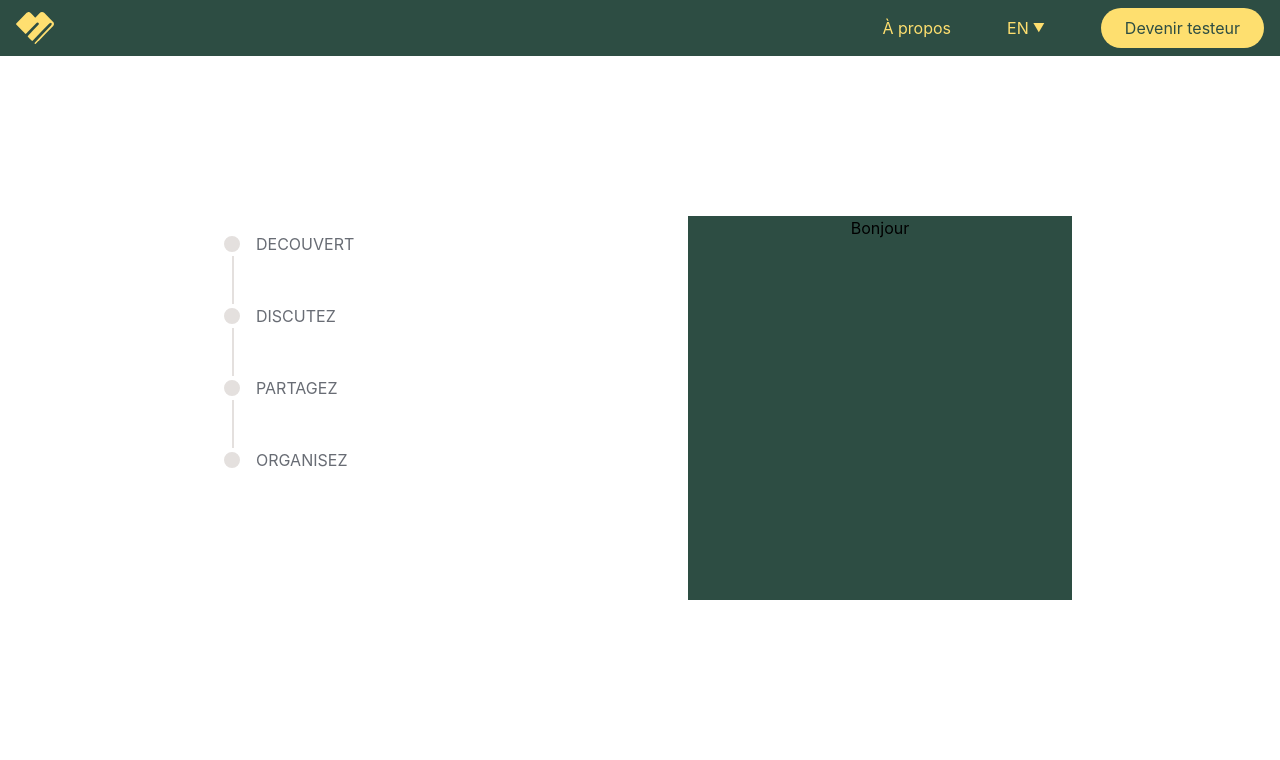
Repository: enas-elm/bookish-landing
Page: /
The author's editor kept a copy of each file at every save. The page is drawn from the files as they stood at one save, then again after a run of saves.
The browser window is 1280 px wide. The pictures show the whole page.
The project was rebuilt for these pictures with package versions that can differ from the ones it lists, and the page was loaded fresh each time.

Above is the page before, as saved 2024-09-11 16:55:03.

After the next 2 saves:
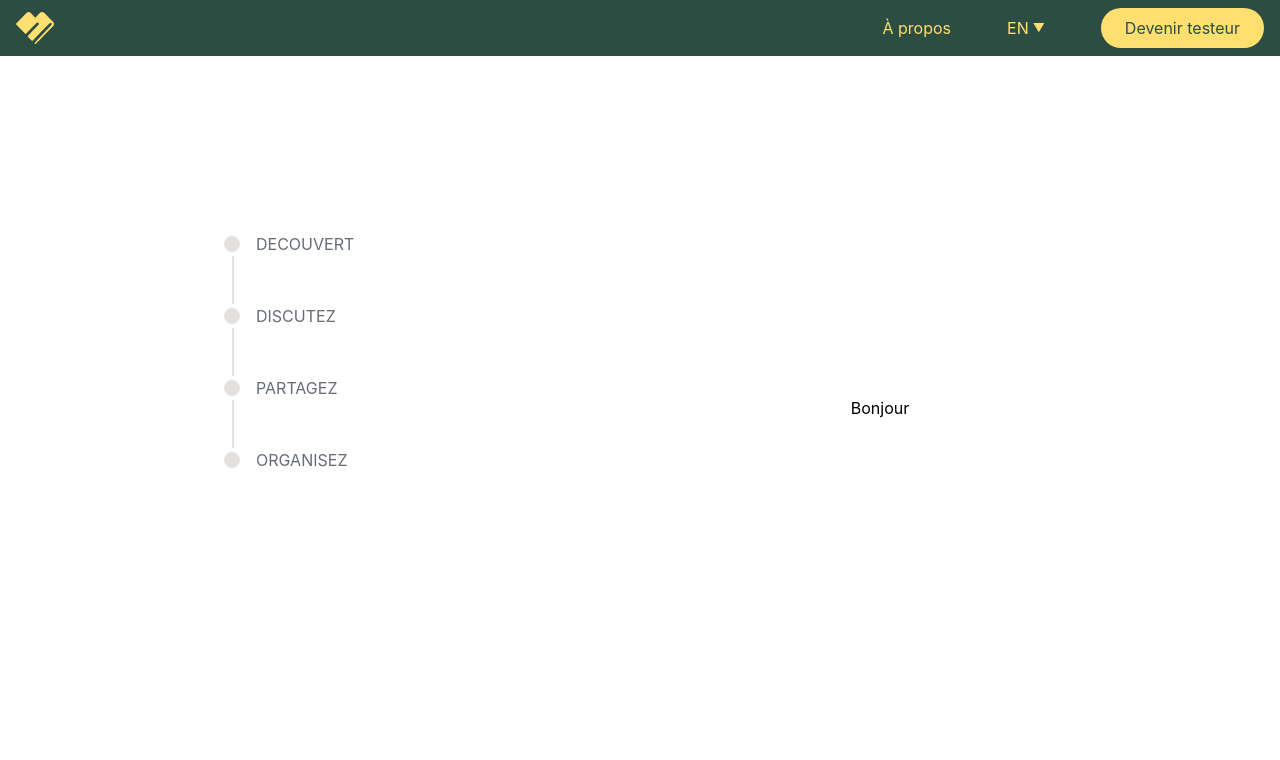
The 2 saves are shown as one change because 1 did not build or start.
The last was saved 16 h 37 min later.
--- a/src/components/TimeLine.js
+++ b/src/components/TimeLine.js
@@ -1,39 +1,66 @@
 import React, { useState } from "react";
 
 const menuItems = [
-  { id: 1, label: "DECOUVERT" },
-  { id: 2, label: "DISCUTEZ" },
-  { id: 3, label: "PARTAGEZ" },
-  { id: 4, label: "ORGANISEZ" },
+  {
+    id: 1,
+    label: "DECOUVERT",
+    description: "Explorez notre plateforme.",
+    color: "#FF6347", // rouge tomate
+    imageUrl: "https://via.placeholder.com/150",
+  },
+  {
+    id: 2,
+    label: "DISCUTEZ",
+    description: "Discutez avec d'autres utilisateurs.",
+    color: "#4682B4", // bleu acier
+    imageUrl: "https://via.placeholder.com/150/4682B4",
+  },
+  {
+    id: 3,
+    label: "PARTAGEZ",
+    description: "Partagez vos expériences.",
+    color: "#32CD32", // vert lime
+    imageUrl: "https://via.placeholder.com/150/32CD32",
+  },
+  {
+    id: 4,
+    label: "ORGANISEZ",
+    description: "Organisez vos événements.",
+    color: "#FFD700", // or
+    imageUrl: "https://via.placeholder.com/150/FFD700",
+  },
 ];
 
 function TimelineMenu() {
   const [selectedItem, setSelectedItem] = useState(null);
 
-  const handleClick = (id) => {
-    setSelectedItem(id);
+  const handleClick = (item) => {
+    setSelectedItem(item);
   };
 
   return (
     <div className="p-40 lg:flex lg:flex-row lg:justify-around lg:items-center">
+      {/* Menu Items */}
       <div className="w-96 h-96 flex flex-col items-start p-4">
         {menuItems.map((item, index) => (
           <div key={item.id} className="flex flex-col items-start">
             {/* Timeline Item */}
             <div
-              onClick={() => handleClick(item.id)}
+              onClick={() => handleClick(item)}
               className={`flex items-center cursor-pointer transition-colors mb-4 ${
-                selectedItem === item.id ? "text-green " : "text-gray-700"
+                selectedItem?.id === item.id ? "text-green " : "text-gray-700"
               }`}
             >
               <div
                 className={`w-4 h-4 rounded-full border-2 mr-4 transition-colors ${
-                  selectedItem === item.id ? "bg-green" : "bg-gris border-gris"
+                  selectedItem?.id === item.id
+                    ? "bg-green"
+                    : "bg-gris border-gris"
                 }`}
               ></div>
               <span
                 className={`transition-transform duration-300 text-3xl ${
-                  selectedItem === item.id
+                  selectedItem?.id === item.id
                     ? "text-5xl font-bold "
                     : "text-base text-noirClair text-4xl"
                 }`}
@@ -45,7 +72,7 @@ function TimelineMenu() {
             {index < menuItems.length - 1 && (
               <div
                 className={`h-12 bg-gris -mt-4 border-gris border-l-2 ml-2 transition-colors ${
-                  selectedItem === item.id
+                  selectedItem?.id === item.id
                     ? "border-blue-500"
                     : "border-gray-400"
                 }`}
@@ -54,8 +81,26 @@ function TimelineMenu() {
           </div>
         ))}
       </div>
-      <div className="w-96 h-96 bg-green">
-        <p>Bonjour</p>
+
+      {/* Details Section */}
+      <div
+        className="w-96 h-96 flex flex-col justify-center items-center p-4"
+        style={{
+          backgroundColor: selectedItem ? selectedItem.color : "#ffffff",
+        }}
+      >
+        {selectedItem ? (
+          <>
+            <p className="text-xl font-bold">{selectedItem.description}</p>
+            <img
+              src={selectedItem.imageUrl}
+              alt={selectedItem.label}
+              className="mt-4"
+            />
+          </>
+        ) : (
+          <p>Bonjour</p>
+        )}
       </div>
     </div>
   );
